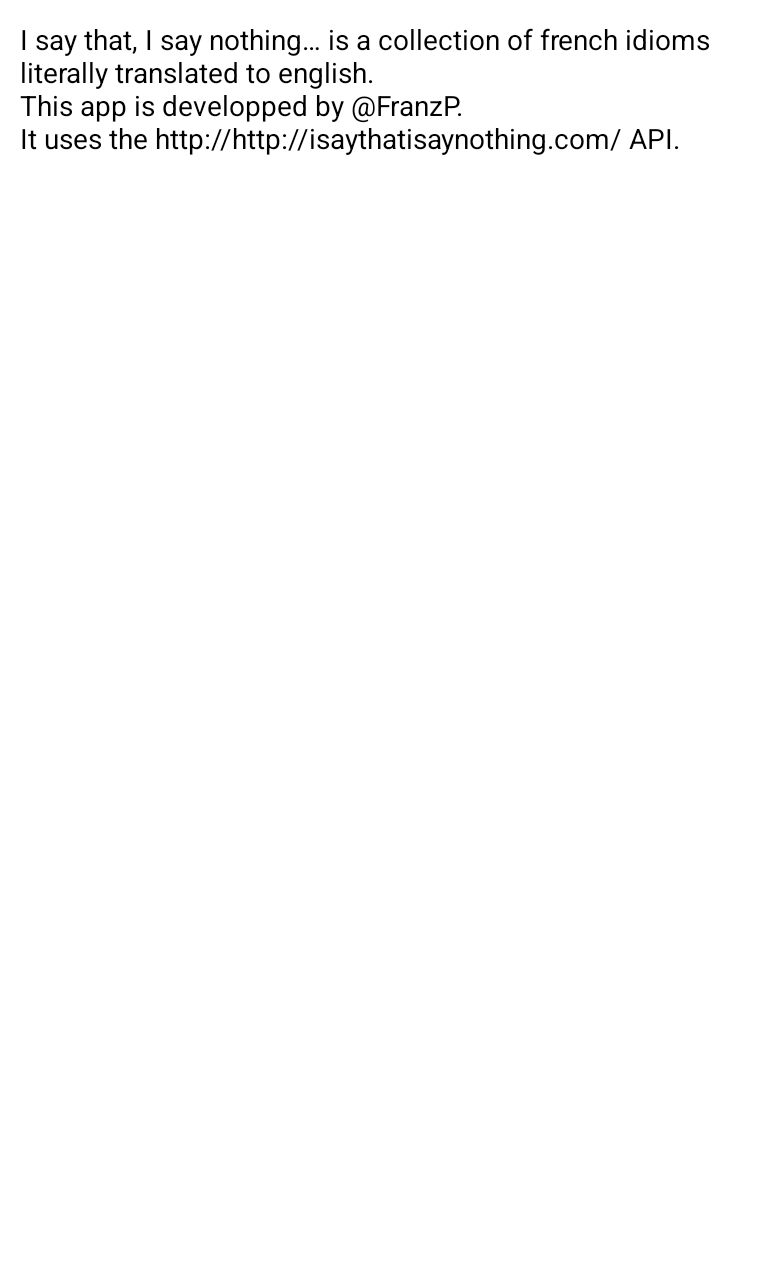
Repository: FranzPoize/ISTISN-Android
Layout: istisn/res/layout/about.xml
An editor plug-in stored every save of this project. The layout is shown before and after the next save, followed by the edit.
It is drawn on a 768 x 1280 px phone screen (xhdpi) without system bars, with theme android:Theme.NoTitleBar.Fullscreen; the app's code is not run.

Above is the layout before, as saved 2012-11-27 04:34:08.

### istisn/res/layout/about.xml
<?xml version="1.0" encoding="utf-8"?>
<LinearLayout xmlns:android="http://schemas.android.com/apk/res/android"
    android:layout_width="match_parent"
    android:layout_height="match_parent"
    android:orientation="vertical"
    android:background="@color/white" >
    <TextView
        android:layout_width="match_parent"
    	android:layout_height="match_parent"
    	android:text="@string/about_start"
    	android:id="@+id/about_text"
    	android:layout_margin="10dp"
    	android:textColor="@color/black"/>

</LinearLayout>

### istisn/res/values/colors.xml
<resources>

    <color name="black">#000000</color>
    <color name="splash">#4F4F4F</color>
    <color name="white">#FFFFFF</color>
</resources>

### istisn/res/values/strings.xml
<resources>

    <string name="app_name">istisn</string>
    <string name="hello_world">Hello world!</string>
    <string name="menu_settings">Settings</string>
    <string name="title_activity_istisn">Istisn</string>
    <string name="about_start">"I say that, I say nothing…" is a collection of french idioms literally translated to english.\nThis app is developped by @FranzP.\nIt uses the http://http://isaythatisaynothing.com/ API.</string>

</resources>

After the next save:
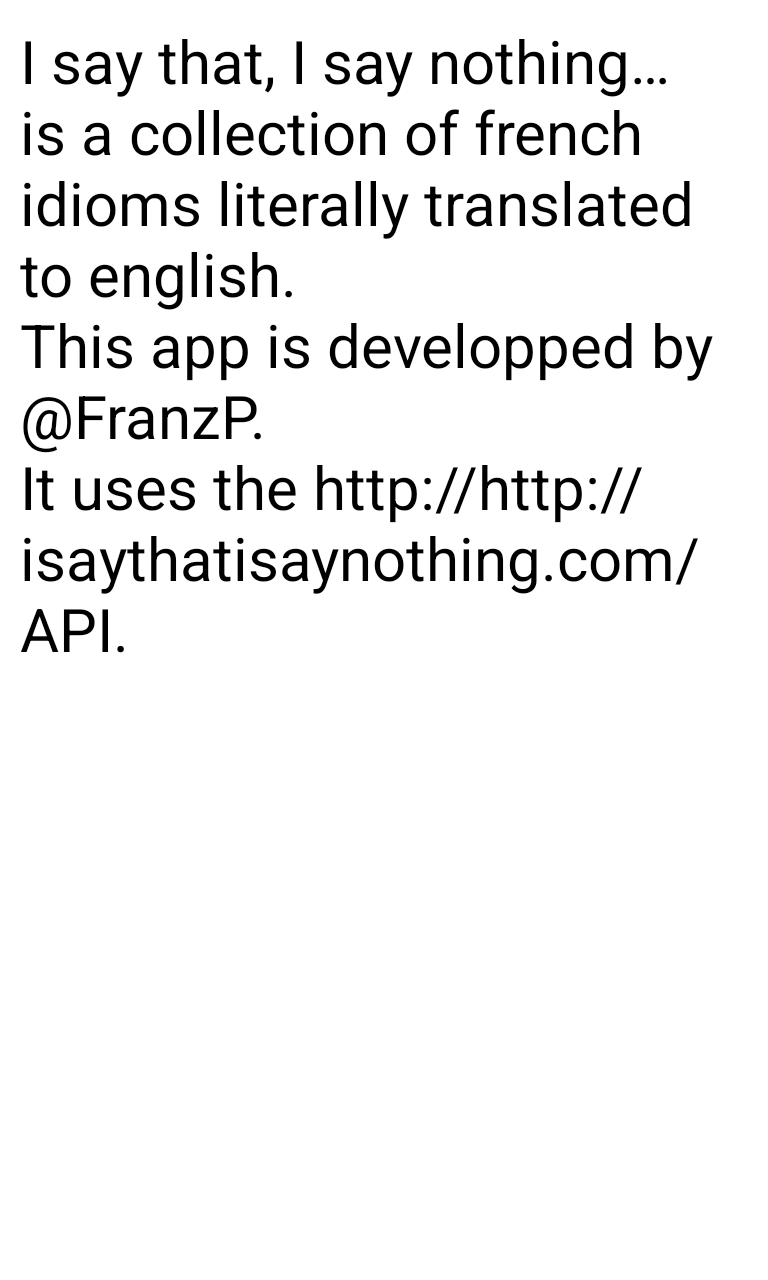
Saved 12 s later.
--- a/istisn/res/layout/about.xml
+++ b/istisn/res/layout/about.xml
@@ -10,6 +10,7 @@
     	android:text="@string/about_start"
     	android:id="@+id/about_text"
     	android:layout_margin="10dp"
-    	android:textColor="@color/black"/>
+    	android:textColor="@color/black"
+    	android:textSize="30sp"/>
 
 </LinearLayout>
